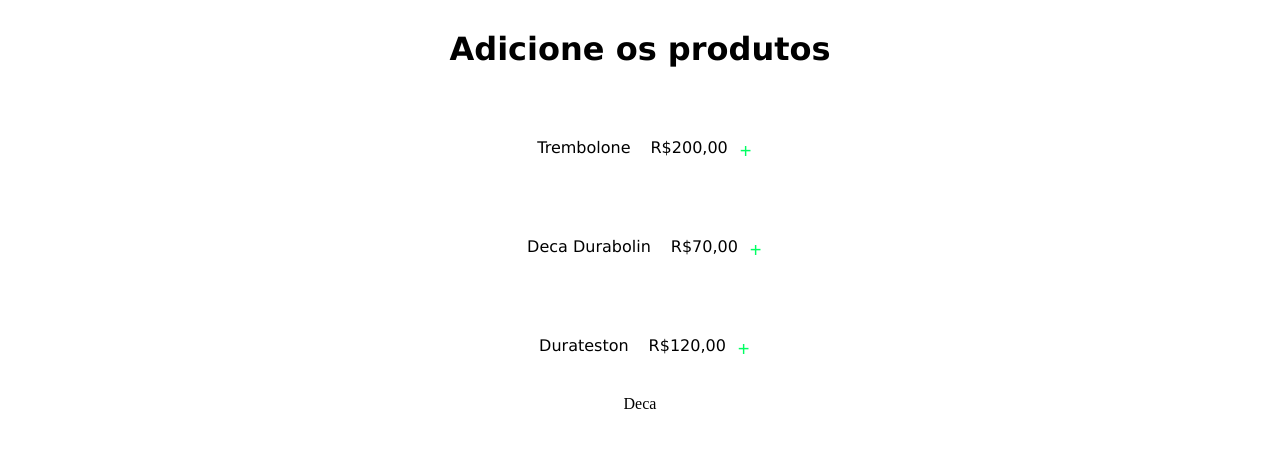
Repository: Leonngc/Lab
Page: confirm.html
The author's editor kept a copy of each file at every save. The page is drawn from the files as they stood at one save, then again after a run of saves.
The browser window is 1280 px wide. The pictures show the whole page.
After loading, the first visible `button[onclick="addDeca()"]` was clicked once.

Above is the page before, as saved 2023-01-10 21:30:54.

### confirm.html
<!DOCTYPE html>
<html lang="pt-br">
  <head>
    <meta charset="UTF-8" />
    <meta http-equiv="X-UA-Compatible" content="IE=edge" />
    <meta name="viewport" content="width=device-width, initial-scale=1.0" />
    <link
      rel="stylesheet"
      href="https://cdnjs.cloudflare.com/ajax/libs/font-awesome/6.2.1/css/all.min.css"
      integrity="sha512-MV7K8+y+gLIBoVD59lQIYicR65iaqukzvf/nwasF0nqhPay5w/9lJmVM2hMDcnK1OnMGCdVK+iQrJ7lzPJQd1w=="
      crossorigin="anonymous"
      referrerpolicy="no-referrer"
    />
    <link rel="stylesheet" href="styles/confirm.css" />
    <title>Document</title>
  </head>

  <body>
    <h1>Adicione os produtos</h1>
    <div class="prod">
      <p>Trembolone</p>
      <p>R$200,00</p>
      <button onclick="addTrembo()"><i class="fa-thin fa-plus"></i></button>
    </div>

    <div class="prod">
      <p>Deca Durabolin</p>
      <p>R$70,00</p>
      <button onclick="addDeca()"><i class="fa-thin fa-plus"></i></button>
    </div>
    <div class="prod">
      <p>Durateston</p>
      <p>R$120,00</p>
      <button onclick="addTesto()"><i class="fa-thin fa-plus"></i></button>
    </div>

    <div id="carrinho">

    </div>

    <script src="js/confirm.js"></script>
  </body>
</html>

### styles/confirm.css
*{
    margin: 0;
    padding: 0;
    box-sizing: border-box;
}

body{
   text-align: center;
}

h1{
    text-align: center;
    font-family: Verdana, Geneva, Tahoma, sans-serif;
    padding: 30px;
}

.prod{
 display: flex;
   margin: auto;
    padding: 30px;
    justify-content: center;
}

.prod > p{
    font-family: Verdana, Geneva, Tahoma, sans-serif;
    margin: 10px;
}

.prod > button{
    height: 20px;
    width: 15px;
    margin-top: 12px;
    background-color: white;
    font-size: 20px;
    color: rgb(0, 255, 98);
    border: 0;

}

### js/confirm.js
const trembo = {
  valor: 200,
  ampolas: 10,
};

const deca = {
  valor: 70,
  ampolas: 10,
};

const testo = {
  valor: 120,
  ampolas: 10,
};

const chaveAdd = "anabol";
var res = document.getElementById('carrinho');


function addTrembo() {
  localStorage.setItem(chaveAdd, trembo);
  alert("Trembolone adicionado ao carrinho");
}

function addTesto() {
  localStorage.setItem(chaveAdd, testo);
  alert("Você adicionou Durateston ao carrinho");
}

function addDeca() {
  localStorage.setItem(chaveAdd, deca);
  alert("Você adicionou Deca Durabolin ao carrinho");

  res.innerHTML = `Deca `
}

After the next 3 saves:
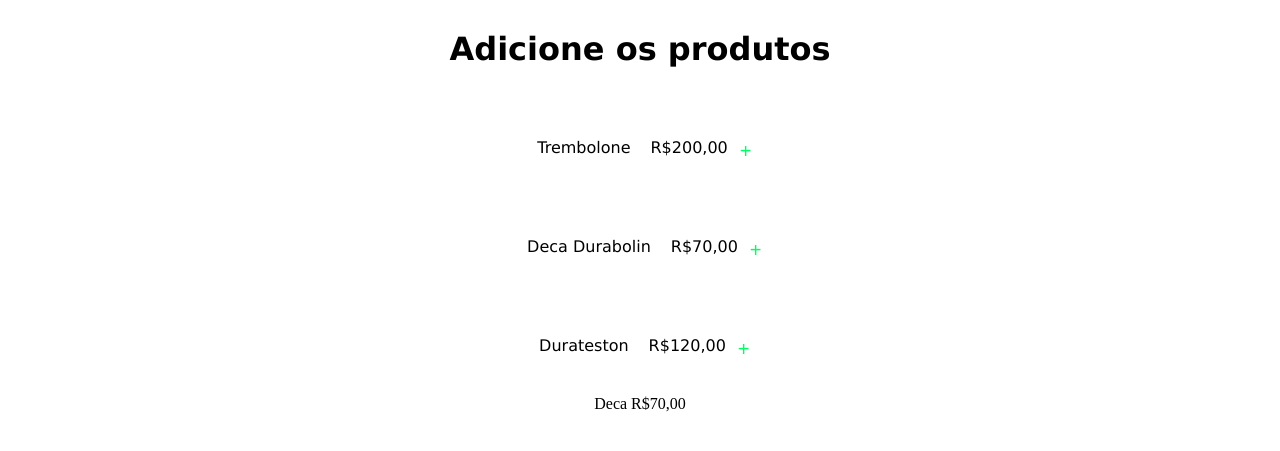
The 3 saves are shown as one change because they came seconds apart.
The last was saved 12 s later.
--- a/js/confirm.js
+++ b/js/confirm.js
@@ -31,5 +31,5 @@
   localStorage.setItem(chaveAdd, deca);
   alert("Você adicionou Deca Durabolin ao carrinho");
 
-  res.innerHTML = `Deca `
+  res.innerHTML = `Deca R$70,00`
 }
